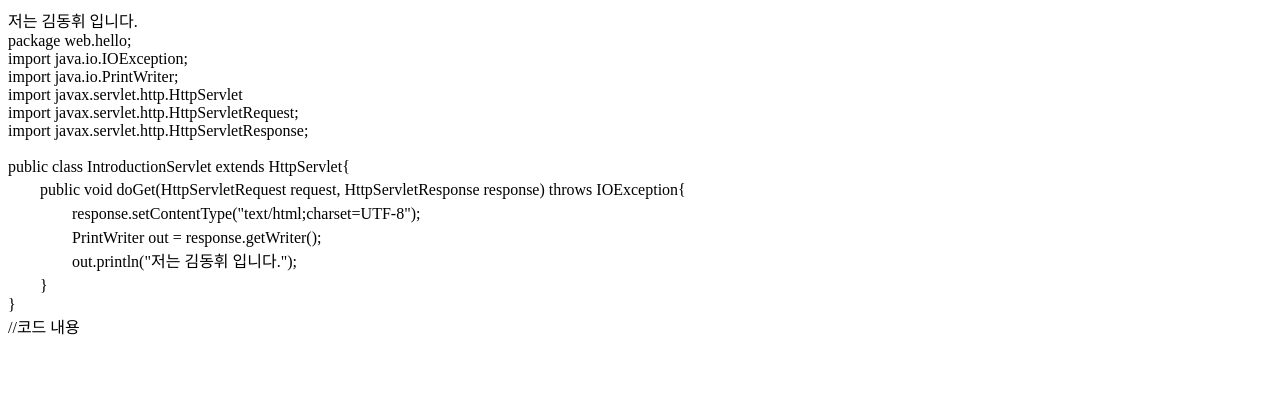
Repository: fellownew/web_workspace
Page: http://localhost/HelloworldWeb/introductionServlet
An editor plug-in stored every save of this project. The page is shown before and after the next save, followed by the edit.
The browser window is 1280 px wide. The pictures show the whole page.
The page is served by Tomcat 9. Other server files are loaded and not shown.

Above is the page before, as saved 2015-03-12 08:27:35.

### HelloworldWeb/src/web/hello/IntroductionServlet.java
package web.hello;

import java.io.IOException;
import java.io.PrintWriter;

import javax.servlet.http.HttpServlet;
import javax.servlet.http.HttpServletRequest;
import javax.servlet.http.HttpServletResponse;

public class IntroductionServlet extends HttpServlet{

	public void doGet(HttpServletRequest request, HttpServletResponse response) throws IOException{
		response.setContentType("text/html;charset=UTF-8");
		PrintWriter out = response.getWriter(); //response에서 Writer를 불러와 PrintWriter를 만듬.
		out.println("저는 김동휘 입니다.<br/>");
		out.println("package web.hello;<br/>"
				+ "import java.io.IOException;<br/>"
				+ "import java.io.PrintWriter;<br/>"
				+ "import javax.servlet.http.HttpServlet<br/>"
				+ "import javax.servlet.http.HttpServletRequest;<br/>"
				+ "import javax.servlet.http.HttpServletResponse;<br/><br/>"
				+ "public class IntroductionServlet extends HttpServlet{<br/>"
				+ "　　public void doGet(HttpServletRequest request, HttpServletResponse response) throws IOException{<br/>"
				+ "　　　　response.setContentType(\"text/html;charset=UTF-8\");<br/>"
				+ "　　　　PrintWriter out = response.getWriter();<br/>"
				+ "　　　　out.println(\"저는 김동휘 입니다.\");<br/>"
				+ "　　}<br/>"
				+ "}<br/>"
				+ "//코드 내용");

	}

}

After the next save:
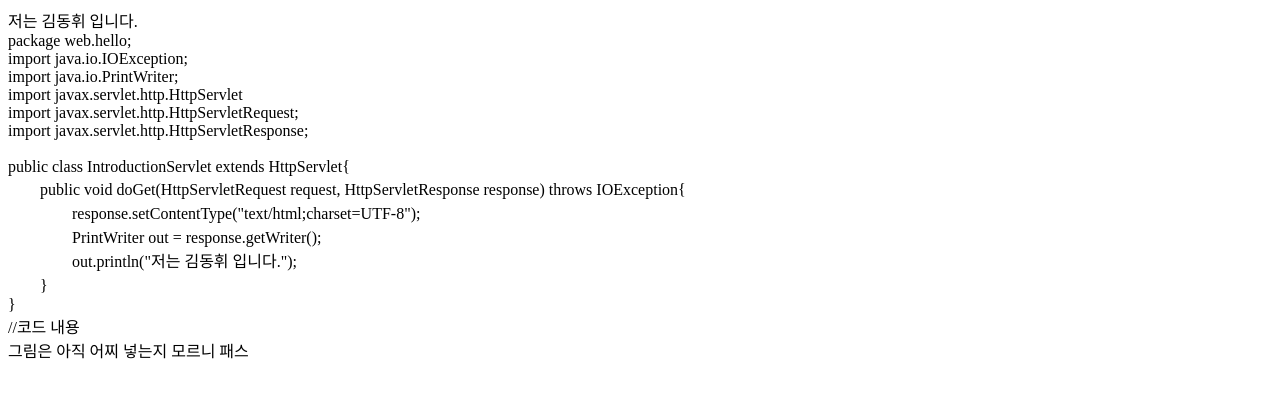
Saved 56 s later.
--- a/HelloworldWeb/src/web/hello/IntroductionServlet.java
+++ b/HelloworldWeb/src/web/hello/IntroductionServlet.java
@@ -26,8 +26,8 @@ public class IntroductionServlet extends HttpServlet{
 				+ "　　　　out.println(\"저는 김동휘 입니다.\");<br/>"
 				+ "　　}<br/>"
 				+ "}<br/>"
-				+ "//코드 내용");
-
+				+ "//코드 내용<br/>");
+		out.print("그림은 아직 어찌 넣는지 모르니 패스");
 	}
 
 }
